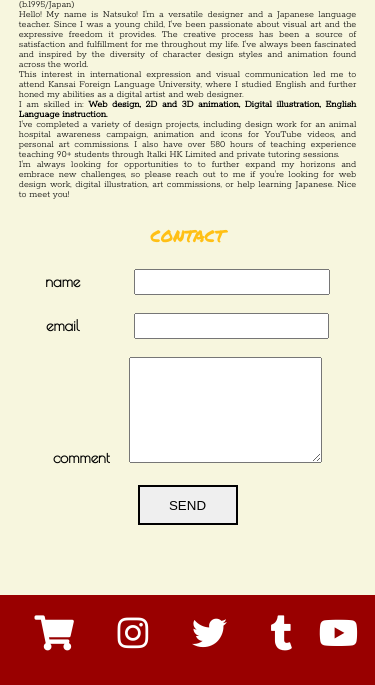
Repository: Natsuko0920/natsukohorii.github.io
Page: toppage/index.html
The author's editor kept a record of every edit. The page is drawn from the files as they stood at one moment, then again after the next edit.
The browser window is 375 px wide. The pictures show the part of the page from y = 748 to 1433 px (the page is 1433 px tall before and 1353 px after).
A picture or video elsewhere on the page could not be fetched, so the positions and the page height are approximate. Some web libraries are served in a nearby version.

Above is the page before.

### toppage/index.html
<!DOCTYPE html>
<html lang="ja">
<!--head-->
<head>
    <meta charset="utf-8">
    <title>NATSUKO HORII | ホリイ ナツコ</title>
    <meta name="description" content="Japanese artist / teacher / web designer / youtuber / creater ">
    <meta name="keywords" content="Natsuko Horii,natsukohorii,Horii Natsuko,ホリイナツコ,Japanese artist,artist,japanese illustrator,illustrator,イラストレーター,japanese teacher,naccchan sensei,なっちゃんせんせい,なっちゃん,nacchan,japanese youtuber">
    <meta name="viewport" content="width=device-width, initial-scale=1">
    <link rel="stylesheet" href="https://use.fontawesome.com/releases/v5.3.1/css/all.css" integrity="sha384-mzrmE5qonljUremFsqc01SB46JvROS7bZs3IO2EmfFsd15uHvIt+Y8vEf7N7fWAU" crossorigin="anonymous">
<!--put google font,font awesome-->
    <link href="https://fonts.googleapis.com/css?family=Permanent+Marker" rel="stylesheet">
    <link href="https://fonts.googleapis.com/css?family=Rock+Salt" rel="stylesheet">
    <link href="https://fonts.googleapis.com/css?family=Rokkitt:300" rel="stylesheet">
    <link href="https://fonts.googleapis.com/css?family=Poiret+One" rel="stylesheet">
    <meta http-equiv="Content-Type" content="text/html; charset=utf-8" />
    <link rel="stylesheet" href="index.css">
</head>
<!--header-->
<body>
    <header>
         <div class="title">
                      <div class="sign"><a href="../toppage/index.html">NATSUKO HORII</a></div>
        </div>
        <ul id="nav">
          <li><a href="../artwork/artwork.html" class="menubox">Artwork</a></li>
          <li><a href="../lesson/lesson.html" class="menubox">Lesson</a></li>
          <li><a href="#about" class="menubox">About</a></li>
          <li><a href="#contact" class="menubox">Contact</a></li>
         </ul>
    </header>
<main>
    <div class="toppage">
        <img src="../toppage/topimage.jpg">
    </div>
<!--about me-->
    <div class="titleabout" id="about">ABOUT</div>
    <div class="about">
      <div class="box1">
        <h1>Natsuko Horii</h1>
        <img class="profile" src="../toppage/profile.jpg">
        <br>
                <img class="profile" src="../toppage/profile2.png">
      </div>
      <div class="box2">
         <h2>
             (b.1995/Japan)
             <br>Hello! My name is Natsuko! I'm a versatile designer and a Japanese language teacher. Since I was a young child, I've been passionate about visual art and the expressive freedom it provides. The creative process has been a source of satisfaction and fulfillment for me throughout my life.
I've always been fascinated and inspired by the diversity of character design styles and animation found across the world.
<br>This interest in international expression and visual communication led me to attend Kansai Foreign Language University, where I studied English and further honed my abilities as a digital artist and web designer.
<br>I am skilled in: <b>Web design, 2D and 3D animation, Digital illustration, English Language instruction.</b>
<br>I've completed a variety of design projects, including design work for an animal hospital awareness campaign, animation and icons for YouTube videos, and personal art commissions. I also have over 580 hours of teaching experience teaching 90+ students through Italki HK Limited and private tutoring sessions.
<br>I'm always looking for opportunities to to further expand my horizons and embrace new challenges, so please reach out to me if you're looking for web design work, digital illustration, art commissions, or help learning Japanese. Nice to meet you!
         </h2>
      </div>
    </div>
<!--contact-->
    <div class="contact">
        <div class="titleabout" id="contact">contact</div>
        <div class="box3">
        <form action="https://docs.google.com/forms/d/e/1FAIpQLScnhWgwTJQ7-fkn19yMeZQXZv_nZWPaMLcr0KuLvkTzsQe1-A/formResponse">
            <label for="name">name　</label>
            <input id="name" type"text" name="entry.1762694654" required/>
           <br><br><label for="email">email　</label>
           <input id="email" type="text" name="entry.1706581827" required/>
           <br><br><label for="msg">comment　</label>
           <textarea id="comment" name="entry.790994953" required/></textarea>
           <br><br><button type="submit" name="button" value="SEND" class="square_btn">SEND</button>
        </form>
       </div>
    </div>
</main>
<footer>
    <div class="linkbox">
      <a href="https://society6.com/natsuko_horii" target="blank" class="link"><i class="fas fa-shopping-cart">　</i></a>
      <a href="https://www.instagram.com/natsuko_horii/" target="blank" class="link"><i class="fab fa-instagram" aria-hidden="true">　</i></a>
      <a href="https://twitter.com/NatsukoHorii" target="blank" class="link"><i class="fab fa-twitter" aria-hidden="true">　</i></a>
      <a href="https://www.tumblr.com/blog/natsukohorii" target="blank" class="link"><i class="fab fa-tumblr" aria-hidden="true">　</i></a>
      <a href="https://www.youtube.com/user/hahaha365yeah/featured?disable_polymer=1" target="blank" class="link"><i class="fab fa-youtube" aria-hidden="true"></i></a>
    </div>
</footer>
</body>
</html>

### toppage/index.css
@media screen and (min-width:300px) and ( max-width:600px) {
 a:link {
      color:#FFC016;
    background-color: transparent;
    text-decoration: none;
}

a:visited {
    color:#FFC016;
    background-color: transparent;
    text-decoration: none;
}

a:active {
    color:#FFC016;
    background-color: transparent;
    text-decoration: none;
}

body{
    background-color:#f7f6de;
    margin:0;
}

.changeColor {
   background-color:#f5c16c;
}

header{
    width:100%;
    display:flex;
    position:absolute;
}

.title{
  width:50%;
  padding-bottom:5px;
}

.sign{
    font-family: 'Permanent Marker', cursive;
    font-size:10px;
    margin-left:10px;
    margin-top:15px;
          color:#FFC016
}

#nav{
  width:70%;
  list-style:none;
  display:flex;
  align-items: center;
  margin-right:10px;
}

#nav li{
  width:100%;
  font-family: 'Permanent Marker', cursive;
  font-size:10px;
  text-align:center;
}

#nav a {
  color:#FFC016;
}

.toppage img{
  width:100%;
}

.titleabout{
  font-family: 'Permanent Marker', cursive;
  font-size:20px;
  text-align:center;
    color:#FFC016;
    margin-top:20px;
}

.about{
  width:90%;
  margin:auto;
}

.box1{
  width:100%;
  margin-top:10px;
  margin:auto;
}

.box2{
  width:100%;
  margin-top:20px;
}

h1{
 font-family: 'Rock Salt', cursive;
 font-size:20px;
 margin:0;
 text-align:center;
}

h2{
  font-size:10px;
font-family: 'Rokkitt', serif;
  line-height: 10px;
  font-weight: lighter;
   text-align:justify;
}

.profile{
  width:100%;
  height:auto;
    margin:auto;
}

.contact{
  margin-top:10px;
  margin-bottom:70px;
}

.box3{
    margin-top:20px;
    text-align:center;
}

label{
     font-family: 'Poiret One', cursive;
     font-size:15px;
     font-weight:bold;
}

#name{
    margin-left:35px;
      width:50%;
      height:20px;
}

#email{
    margin-left:35px;
      width:50%;
      height:20px;
}

#comment{
      width:50%;
      height:100px;
}

.square_btn {
    display: inline-block;
    padding: 0.3em 1em;
    text-decoration: none;
    color: #990000;
    background:white;
    border: solid 2px #990000;
    border-radius: 3px;
    height:40px;
    width:100px;
    transition: .4s;
}

.linkbox{
  padding-top:20px;
  font-size:35px;
  text-align:center;
}

a.link {
  color:white;
}

a.link:hover{
  color:#FFC016;
}

footer{
  width:100%;
  background-color:#990000;
  margin:0;
  position:absolute;
  padding-bottom:30px;
}
}

@media screen and (min-width:600px) and ( max-width:960px) {
 a:link {
      color:#FFC016;
    background-color: transparent;
    text-decoration: none;
}

a:visited {
    color:#FFC016;
    background-color: transparent;
    text-decoration: none;
}

a:active {
    color:#FFC016;
    background-color: transparent;
    text-decoration: none;
}

body{
    background-color:#f7f6de;
    margin:0;
}

.changeColor {
   background-color:#f5c16c;
}

header{
    width:100%;
    display:flex;
    position:absolute;
}

.title{
  width:50%;
  padding-bottom:5px;
}

.sign{
    font-family: 'Permanent Marker', cursive;
    font-size:25px;
    margin-left:10px;
    margin-top:15px;
          color:#FFC016
}

#nav{
  width:70%;
  list-style:none;
  display:flex;
  align-items: center;
  margin-right:10px;
}

#nav li{
  width:100%;
  font-family: 'Permanent Marker', cursive;
  font-size:25px;
  text-align:center;
}

#nav a {
  color:#FFC016;
}

.toppage img{
  width:100%;
}

.titleabout{
  font-family: 'Permanent Marker', cursive;
  font-size:50px;
  text-align:center;
    color:#FFC016;
    margin-top:60px;
}

.about{
  width:90%;
  margin:auto;
  display:flex;
}

.box1{
  width:30%;
  margin-top:20px;
}

.box2{
  width:60%;
  margin-top:20px;
  margin-left:20px;
}

h1{
 font-family: 'Rock Salt', cursive;
 font-size:20px;
 margin:0;
 text-align:center;

}

h2{
  font-size:15px;
font-family: 'Rokkitt', serif;
  line-height: 15px;
  font-weight: lighter;
  margin-left:20px;
   text-align:justify;
}

.profile{
  width:100%;
  height:auto;
}

.contact{
  margin-top:10px;
  margin-bottom:70px;
}

.box3{
    margin-top:20px;
    text-align:center;
}

label{
     font-family: 'Poiret One', cursive;
     font-size:25px;
     font-weight:bold;
}

#name{
    margin-left:35px;
      width:50%;
      height:30px;

}

#email{
  margin-left:35px;
      width:50%;
      height:30px;
}

#comment{
      width:50%;
      height:100px;
}

.square_btn {
    display: inline-block;
    padding: 0.3em 1em;
    text-decoration: none;
    color: #990000;
    background:white;
    border: solid 2px #990000;
    border-radius: 3px;
    height:40px;
    width:100px;
    transition: .4s;
}

.linkbox{
  padding-top:20px;
  font-size:35px;
  text-align:center;
}

a.link {
  color:white;
}

a.link:hover{
  color:#FFC016;
}

footer{
  width:100%;
  background-color:#990000;
  margin:0;
  position:absolute;
  padding-bottom:30px;
}
}

@media screen and (min-width:960px) and ( max-width:1280px) {
a:link {
      color:#FFC016;
    background-color: transparent;
    text-decoration: none;
}

a:visited {
    color:#FFC016;
    background-color: transparent;
    text-decoration: none;
}

a:active {
    color:#FFC016;
    background-color: transparent;
    text-decoration: none;
}

body{
    background-color:#f7f6de;
    margin:0;
    transition: 0.3s all;
}

.changeColor {
   background-color:#f5c16c;
}

header{
    width:100%;
    display:flex;
    position:absolute;
}

.title{
  width:50%;
  padding-bottom:5px;
}

.sign{
    font-family: 'Permanent Marker', cursive;
    font-size:40px;
    margin-left:10px;
    margin-top:10px;
          color:#FFC016
}

#nav{
  width:70%;
  list-style:none;
  display:flex;
  align-items: center;
  margin-right:10px;
}

#nav li{
  width:100%;
  font-family: 'Permanent Marker', cursive;
  font-size:30px;
  text-align:center;
}

#nav a {
  color:#FFC016;
}

#nav a:hover{
  opacity:0.7;
}

.toppage img{
  width:100%;
}

.titleabout{
  font-family: 'Permanent Marker', cursive;
  font-size:50px;
  text-align:center;
    color:#FFC016;
    margin-top:80px;
}

.about{
  width:90%;
  margin:auto;
  display:flex;
}

.box1{
  width:30%;
}

.box2{
  width:60%;
  margin-top:100px;
  margin-left:50px;
}

h1{
 font-family: 'Rock Salt', cursive;
 font-size:40px;
 margin:0;
 text-align:center;

}

h2{
  font-size:20px;
font-family: 'Rokkitt', serif;
  line-height: 25px;
  font-weight: lighter;
  margin-left:20px;
   text-align:justify;
}

.profile{
  width:100%;
  height:auto;

}

.contact{
  margin-top:50px;
  margin-bottom:70px;
}

.box3{
    margin-top:50px;

    text-align:center;
}

label{
     font-family: 'Poiret One', cursive;
     font-size:25px;
     font-weight:bold;
}

#name{
    margin-left:35px;
      width:30%;
      height:30px;

}

#email{
  margin-left:35px;
      width:30%;
      height:30px;
}

#comment{
      width:30%;
      height:100px;
}

.square_btn {
    display: inline-block;
    padding: 0.3em 1em;
    text-decoration: none;
    color: #990000;
    background:white;
    border: solid 2px #990000;
    border-radius: 3px;
    height:40px;
    width:100px;
    transition: .4s;
}

.square_btn:hover {
    background:#990000;
    color: white;
}

.linkbox{
  padding-top:20px;
  font-size:35px;
  text-align:center;
}

a.link {
  color:white;
}

a.link:hover{
  color:#FFC016;
}

footer{
  width:100%;
  background-color:#990000;
  margin:0;
  position:absolute;
  padding-bottom:30px;
}
}

@media screen and (min-width:1280px) {
 a:link {
      color:#FFC016;
    background-color: transparent;
    text-decoration: none;
}

a:visited {
    color:#FFC016;
    background-color: transparent;
    text-decoration: none;
}

a:active {
    color:#FFC016;
    background-color: transparent;
    text-decoration: none;
}

body{
    background-color:#f7f6de;
    margin:0;
    transition: 0.3s all;
}

.changeColor {
   background-color:#f5c16c;
}

header{
    width:100%;
    display:flex;
    position:absolute;
}

.title{
  width:50%;
  padding-bottom:5px;
}

.sign{
    font-family: 'Permanent Marker', cursive;
    font-size:40px;
    margin-left:10px;
    margin-top:10px;
          color:#FFC016
}

#nav{
  width:70%;
  list-style:none;
  display:flex;
  align-items: center;
  margin-right:10px;
}

#nav li{
  width:100%;
  font-family: 'Permanent Marker', cursive;
  font-size:30px;
  text-align:center;
}

#nav a {
  color:#FFC016;
}

#nav a:hover{
  opacity:0.7;
}

.toppage img{
  width:100%;
}

.titleabout{
  font-family: 'Permanent Marker', cursive;
  font-size:50px;
  text-align:center;
    color:#FFC016;
    margin-top:80px;
}

.about{
  width:90%;
  margin:auto;
  display:flex;
}

.box1{
  width:30%;
}

.box2{
  width:60%;
  margin-top:100px;
  margin-left:50px;
}

h1{
 font-family: 'Rock Salt', cursive;
 font-size:40px;
 margin:0;
 text-align:center;

}

h2{
  font-size:20px;
font-family: 'Rokkitt', serif;
  line-height: 25px;
  font-weight: lighter;
  margin-left:20px;
   text-align:justify;
}

.profile{
  width:100%;
  height:auto;

}

.contact{
  margin-top:50px;
  margin-bottom:70px;
}

.box3{
    margin-top:50px;

    text-align:center;
}

label{
     font-family: 'Poiret One', cursive;
     font-size:25px;
     font-weight:bold;
}

#name{
    margin-left:35px;
      width:30%;
      height:30px;

}

#email{
  margin-left:35px;
      width:30%;
      height:30px;
}

#comment{
      width:30%;
      height:100px;
}

.square_btn {
    display: inline-block;
    padding: 0.3em 1em;
    text-decoration: none;
    color: #990000;
    background:white;
    border: solid 2px #990000;
    border-radius: 3px;
    height:40px;
    width:100px;
    transition: .4s;
}

.square_btn:hover {
    background:#990000;
    color: white;
}

.linkbox{
  padding-top:20px;
  font-size:35px;
  text-align:center;
}

a.link {
  color:white;
}

a.link:hover{
  color:#FFC016;
}

footer{
  width:100%;
  background-color:#990000;
  margin:0;
  position:absolute;
  padding-bottom:30px;
}
}

After the next edit:
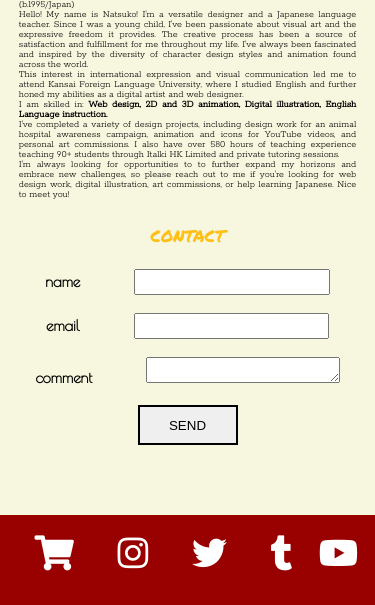
The edit:
--- a/toppage/index.css
+++ b/toppage/index.css
@@ -142,8 +142,9 @@
 }
 
 #comment{
+    margin-left:35px;
       width:50%;
-      height:100px;
+      height:20px;
 }
 
 .square_btn {
